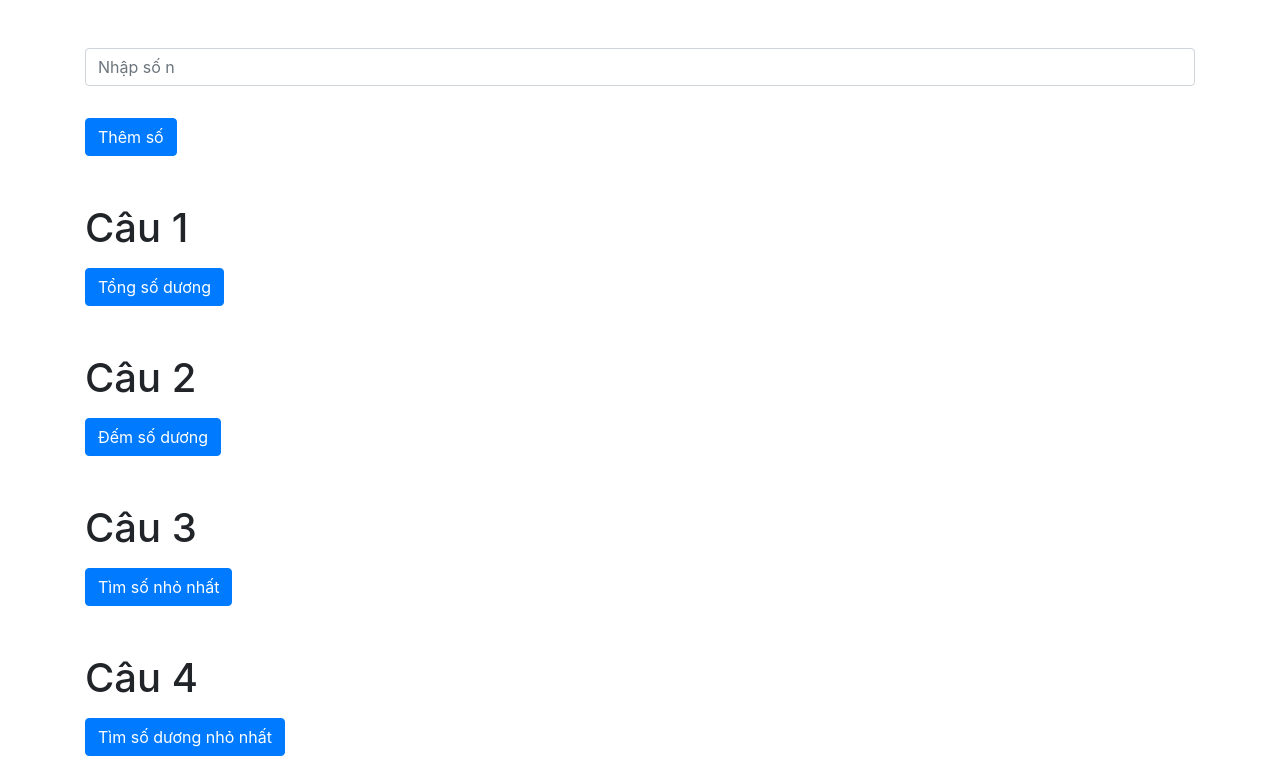
Repository: thanhfrankie/BC10-LeMinhThanh-Js-b7-8
Page: index.html
The author's editor kept a copy of each file at every save. The page is drawn from the files as they stood at one save, then again after a run of saves.
The browser window is 1280 px wide. The pictures show the whole page.

Above is the page before, as saved 2023-12-27 22:24:02.

After the next 5 saves:
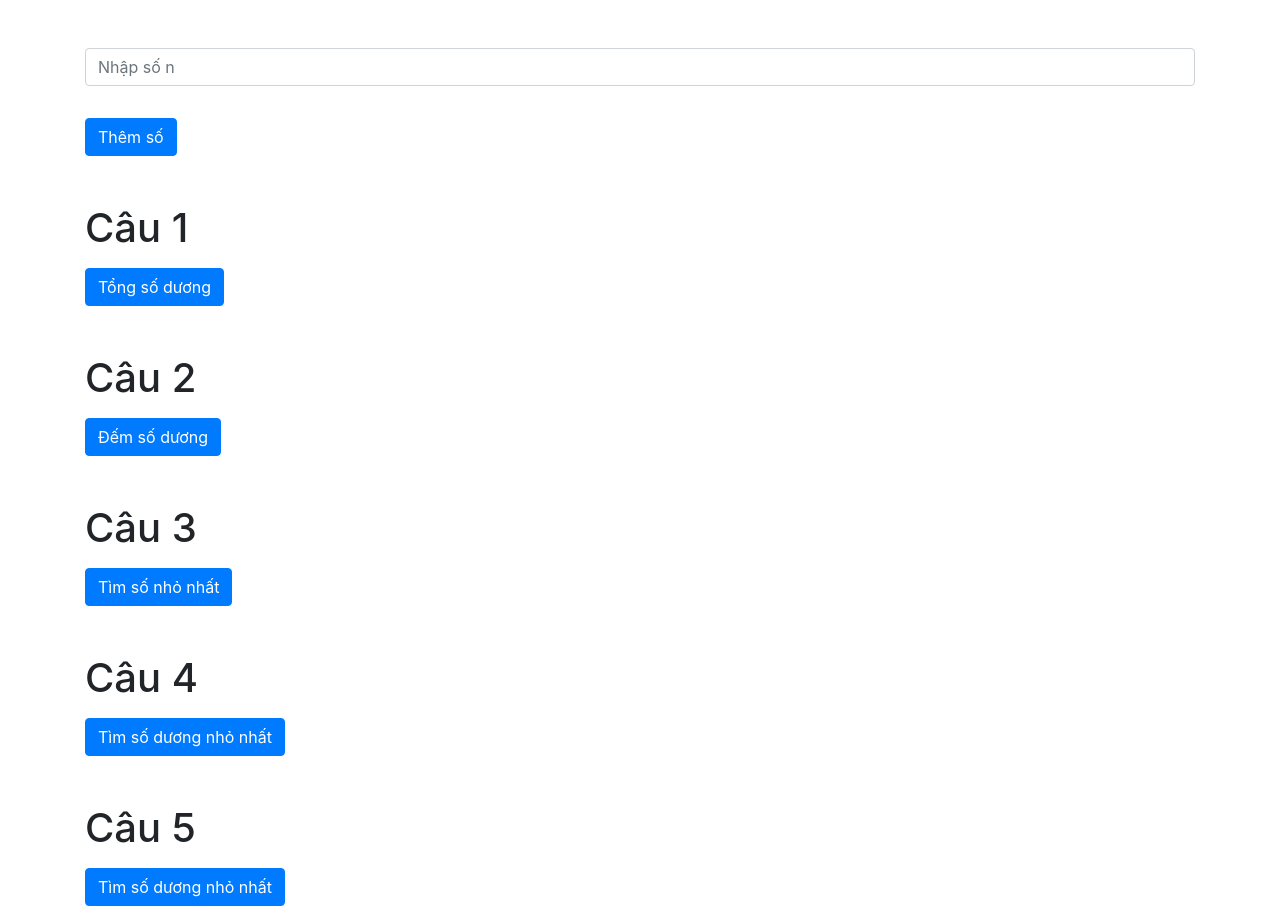
The 5 saves are shown as one change because they came seconds apart.
The last was saved 4 min 27 s later.
--- a/index.html
+++ b/index.html
@@ -85,6 +85,19 @@
             <div class="btn btn-danger" onclick="soDuongNhoNhat()">Tìm số dương nhỏ nhất</div>
             <h2 id="so-duong-nho-nhat"></h2>
           </div>
+             <!-- Câu 5 -->
+             <h1 class="mt-5">Câu 5</h1>
+             <p class="mt-3">
+                 <button class="btn btn-primary" type="button" data-toggle="collapse" data-target="#cau5" aria-expanded="false"
+                         aria-controls="contentId">
+                     Tìm số dương nhỏ nhất
+                 </button>
+               </p>
+               <div class="collapse" id="cau5">
+
+                 <div class="btn btn-danger" onclick="soDuongNhoNhat()">Tìm số dương nhỏ nhất</div>
+                 <h2 id="so-duong-nho-nhat"></h2>
+               </div>
     </div>
 
 
